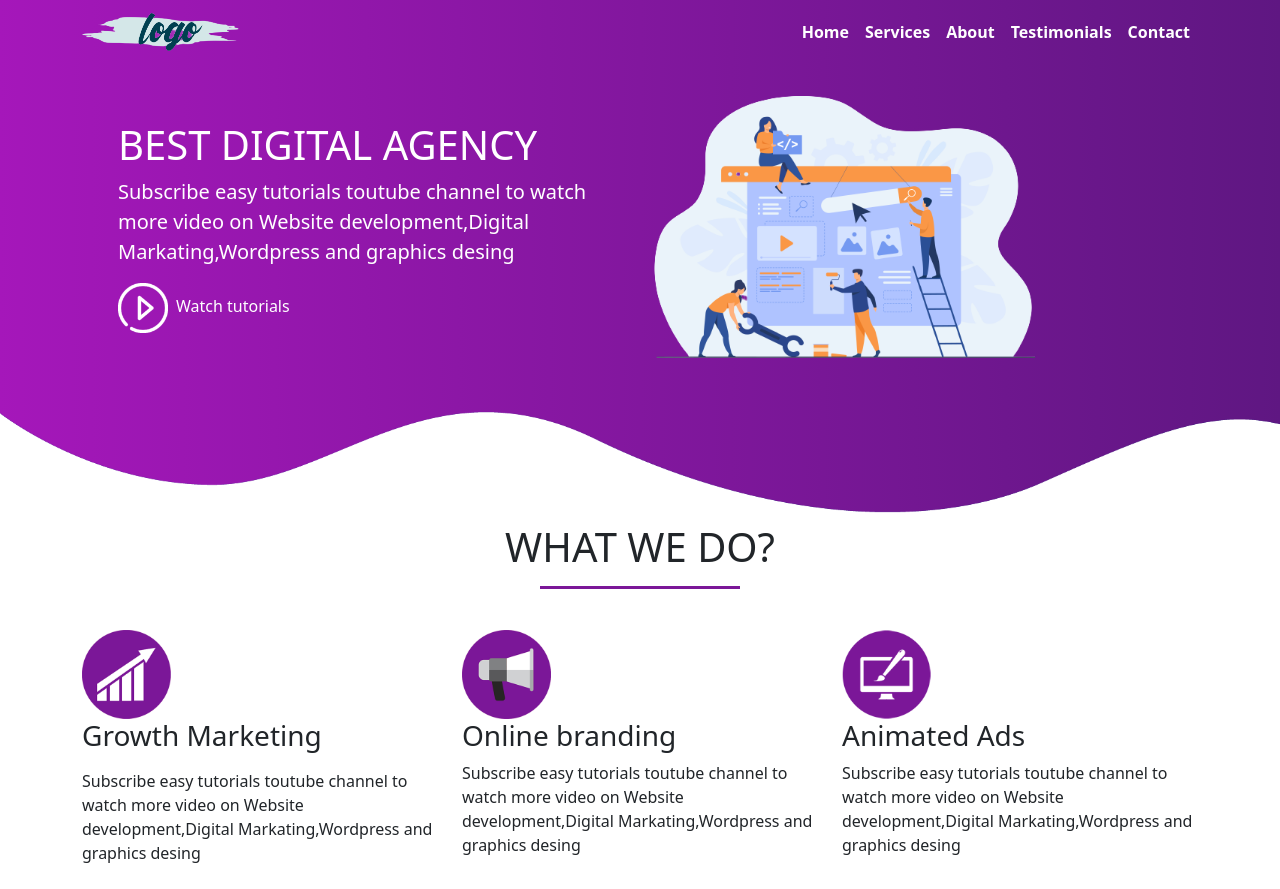
Repository: zjria/PSD-to-HTML-DIGITAL-AGENCY
Page: index.html
The author's editor kept a copy of each file at every save. The page is drawn from the files as they stood at one save, then again after the next save.
The browser window is 1280 px wide. The pictures show the whole page.
Some web libraries are served in a nearby version.

Above is the page before, as saved 2022-05-11 08:22:29.

### index.html
<!doctype html>
<html lang="en">
  <head>
    <!-- Required meta tags -->
    <meta charset="utf-8">
    <meta name="viewport" content="width=device-width, initial-scale=1">
    <title>DIGITAL AGENCY</title>
    <!-- Bootstrap CSS -->
    <link href="https://cdn.jsdelivr.net/npm/bootstrap@5.0.2/dist/css/bootstrap.min.css" rel="stylesheet">
    <!-- Font awesome link-->
    <link rel="stylesheet" href="https://cdnjs.cloudflare.com/ajax/libs/font-awesome/6.1.1/css/all.min.css">
    <!-- custom CSS  -->
    <link rel="stylesheet" href="css/style.css">
  </head>
  <body>
    <!-- Navbar Section Start -->
    <section class="header">
        <nav class="navbar navbar-expand-md fixed-top">
            <div class="container">
                <a href="#" class="navbar-brand">
                    <img src="img/h_logo.png" alt="" class="menu-icon img-fluid w-50">
                </a>
                <button class="navbar-toggler" data-bs-target="#menunavbarlink" data-bs-toggle="collapse" type="button">
                    <span class="navbar-toggler-icon"></span>
                </button>
                <div class="collapse navbar-collapse fw-bold " id="menunavbarlink">
                  <ul class="navbar-nav ms-auto ">
                    <li class="nav-item ">
                      <a href="#Home" class="nav-link text-white">Home</a>
                    </li>
                    <li class="nav-item">
                      <a href="#Services" class="nav-link text-white">Services</a>
                    </li>
                    <li class="nav-item">
                      <a href="#About" class="nav-link text-white">About</a>
                    </li>
                    <li class="nav-item">
                      <a href="#Testimonials" class="nav-link text-white" >Testimonials</a>
                    </li>
                    <li class="nav-item">
                      <a href="#Contact" class="nav-link text-white">Contact</a>
                    </li>
                  </ul>
                </div>
            </div>
        </nav>
    </section>
    <!-- Navbar Section END -->
    <!-- Navbar Section Start -->
    <section class="" id="baner" id="Home">
      <div class="container p-5 py-5">
        <div class="row align-items-center text-white mt-5">
          <div class="col-md-6">
            <h1>BEST DIGITAL AGENCY</h1>
            <p class="lead">Subscribe easy tutorials toutube channel to watch more video on Website development,Digital Markating,Wordpress and graphics desing</p>
            <a href="#"><img src="img/play.png" class="img-fluid me-2 " alt=""><span>Watch tutorials</span></a>
          </div>
          <div class="col-md-6 m-auto">
            <img src="img/heder_logo.png" class="img-fluid w-75" alt="">
          </div>
        </div>
      </div>
      <img src="img/wave1.png" alt="" class="img-wave1 img-fluid">
    </section>
    <!-- Navbar Section END -->

    <!-- Service Section Start -->
      <section class="service-section">
        <div class="container">
          <div class="row text-center">
            <h1 class="title">WHAT WE DO?</h1>
            <!-- <span></span> -->
          </div>
          <div class="row mt-5">
            <div class="col-12 col-md-4 mb-2">
              <img src="img/service1.png" alt="" class="img-fluid w-25">
              <h3 class="mb-3">Growth Marketing</h3>
              <p>
                Subscribe easy tutorials toutube channel to watch more video on Website development,Digital Markating,Wordpress and graphics desing</p>
            </div>
            <div class="col-12 col-md-4 mb-2">
              <img src="img/service2.png" alt="" class="img-fluid w-25">
              <h3>Online branding</h3>
              <p>
                Subscribe easy tutorials toutube channel to watch more video on Website development,Digital Markating,Wordpress and graphics desing</p>
            </div>
            <div class="col-12 col-md-4 mb-2">
              <img src="img/service3.png" alt="" class="img-fluid w-25">
              <h3>Animated Ads</h3>
              <p>
                Subscribe easy tutorials toutube channel to watch more video on Website development,Digital Markating,Wordpress and graphics desing</p>
            </div>
          </div>
        </div>
      </section>
    <!-- Service Section End -->




    <!-- Optional JavaScript; choose one of the two! -->
    <!-- Option 1: Bootstrap Bundle with Popper -->
    <script src="https://cdn.jsdelivr.net/npm/bootstrap@5.0.2/dist/js/bootstrap.bundle.min.js"></script>
  </body>
</html>

### css/style.css
.navbar{
    background-image: linear-gradient(to right, #a517ba,#5f1782)!important;
}
#baner{
    background-image: linear-gradient(to right, #a517ba,#5f1782)!important;
    align-items: center;
    margin: auto;
    justify-content: center;
}
#baner a img{
    width: 50px;
    align-items: center;
    margin: auto;
    justify-content: center;

}
#baner a{
    text-decoration: none;
    color: white;
}
.img-wave1{
    width: 100%;
}

/* Service Section */
.title{}
.title::after{
    content: "";
    display: block;
    background: #7B1798;
    height: 3px;
    width: 200px;
    margin: auto;
    transform: translateY(15px);
}

After the next save:
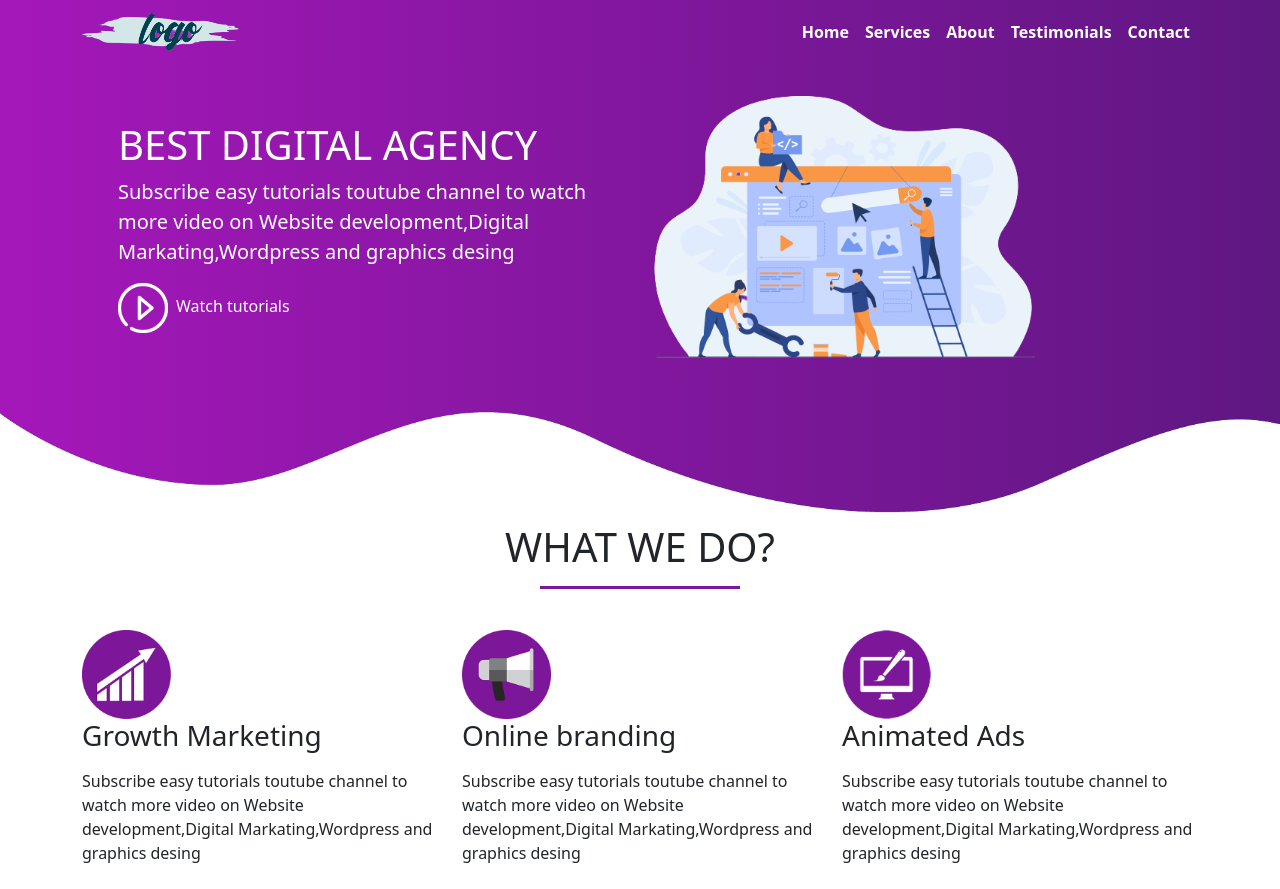
Saved 25 s later.
--- a/index.html
+++ b/index.html
@@ -80,13 +80,13 @@
             </div>
             <div class="col-12 col-md-4 mb-2">
               <img src="img/service2.png" alt="" class="img-fluid w-25">
-              <h3>Online branding</h3>
+              <h3 class="mb-3">Online branding</h3>
               <p>
                 Subscribe easy tutorials toutube channel to watch more video on Website development,Digital Markating,Wordpress and graphics desing</p>
             </div>
             <div class="col-12 col-md-4 mb-2">
               <img src="img/service3.png" alt="" class="img-fluid w-25">
-              <h3>Animated Ads</h3>
+              <h3 class="mb-3">Animated Ads</h3>
               <p>
                 Subscribe easy tutorials toutube channel to watch more video on Website development,Digital Markating,Wordpress and graphics desing</p>
             </div>
